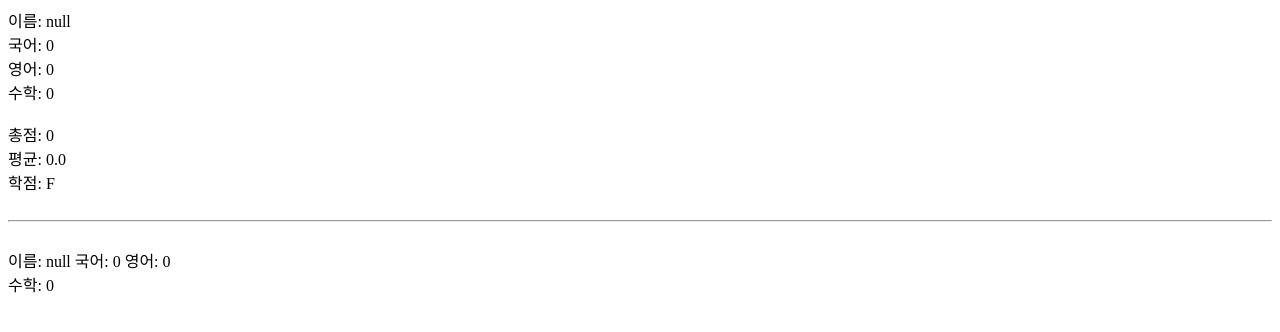
Repository: BosuMamemon/JSP_work
Page: http://localhost/JSP_Project/exam/02-28 scoreResult3.jsp
The author's editor kept a copy of each file at every save. The page is drawn from the files as they stood at one save, then again after the next save.
The browser window is 1280 px wide. The pictures show the whole page.
The page is served by Tomcat 9. Other server files are loaded and not shown.

Above is the page before, as saved 2025-02-28 00:48:30.

### workspace/JSP_Project/src/main/webapp/exam/02-28 scoreResult3.jsp
<%@page import="com.exam.ScoreBean"%>
<%@ page language="java" contentType="text/html; charset=UTF-8"
    pageEncoding="UTF-8"%>
<!DOCTYPE html>
<html>
	<head>
	<meta charset="UTF-8">
	<title>scoreResult3</title>
	</head>

	<%
	request.setCharacterEncoding("utf-8");
	%>

	<jsp:useBean id="sb" class="com.exam.ScoreBean"></jsp:useBean>
	<!-- sb라는 이름의 ScoreBean 객체를 태그로 생성한 것임 -->
	<jsp:setProperty property="*" name="sb"/>
	<!-- 사용하려면 클래스의 필드명과 html의 name이 같아야함 -->

	<body>
		이름: <%= sb.getName()%><br>
		국어: <%= sb.getKor() %><br>
		영어: <%= sb.getEng() %><br>
		수학: <%= sb.getMath() %><br>
		<br>
		총점: <%= sb.getTotal() %><br>
		평균: <%= sb.getAvg() %><br>
		학점: <%= sb.getGrade() %><br>
		<br><hr><br>
		이름: <jsp:getProperty property="name" name="sb"/>
		국어: <jsp:getProperty property="kor" name="sb"/>
		영어: <%= sb.getEng() %><br>
		수학: <%= sb.getMath() %><br>
	</body>
</html>

### workspace/JSP_Project/src/main/java/com/exam/ScoreBean.java
package com.exam;

public class ScoreBean {

//	필드
	private String name;
	private int kor;
	private int eng;
	private int math;

//	getters, setters
	public String getName() {
		return name;
	}
	public int getKor() {
		return kor;
	}
	public int getEng() {
		return eng;
	}
	public int getMath() {
		return math;
	}
	public void setName(String name) {
		this.name = name;
	}
	public void setKor(int kor) {
		this.kor = kor;
	}
	public void setEng(int eng) {
		this.eng = eng;
	}
	public void setMath(int math) {
		this.math = math;
	}

	//	메소드
	public int getTotal() {
		return this.kor + this.eng + this.math;
	}
	public double getAvg() {
		return (this.kor + this.eng + this.math) / 3.0;
	}
	public String getGrade() {
		String grade = "";

		switch((int)this.getAvg() / 10) {
			case 10:
			case 9: grade = "A"; break;
			case 8: grade = "B"; break;
			case 7: grade = "C"; break;
			default: grade = "F";
		}

		return grade;
	}
}

After the next save:
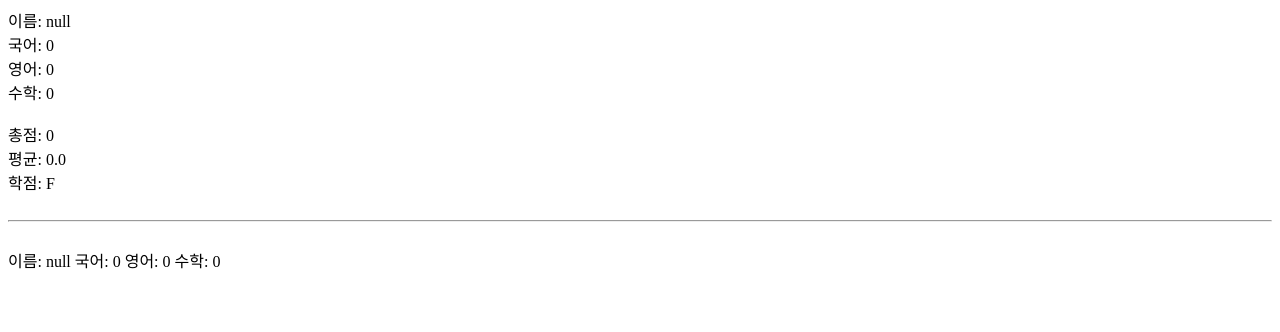
Saved 15 s later.
--- a/workspace/JSP_Project/src/main/webapp/exam/02-28 scoreResult3.jsp
+++ b/workspace/JSP_Project/src/main/webapp/exam/02-28 scoreResult3.jsp
@@ -29,7 +29,7 @@
 		<br><hr><br>
 		이름: <jsp:getProperty property="name" name="sb"/>
 		국어: <jsp:getProperty property="kor" name="sb"/>
-		영어: <%= sb.getEng() %><br>
+		영어: <jsp:getProperty property="eng" name="sb"/>
 		수학: <%= sb.getMath() %><br>
 	</body>
 </html>
